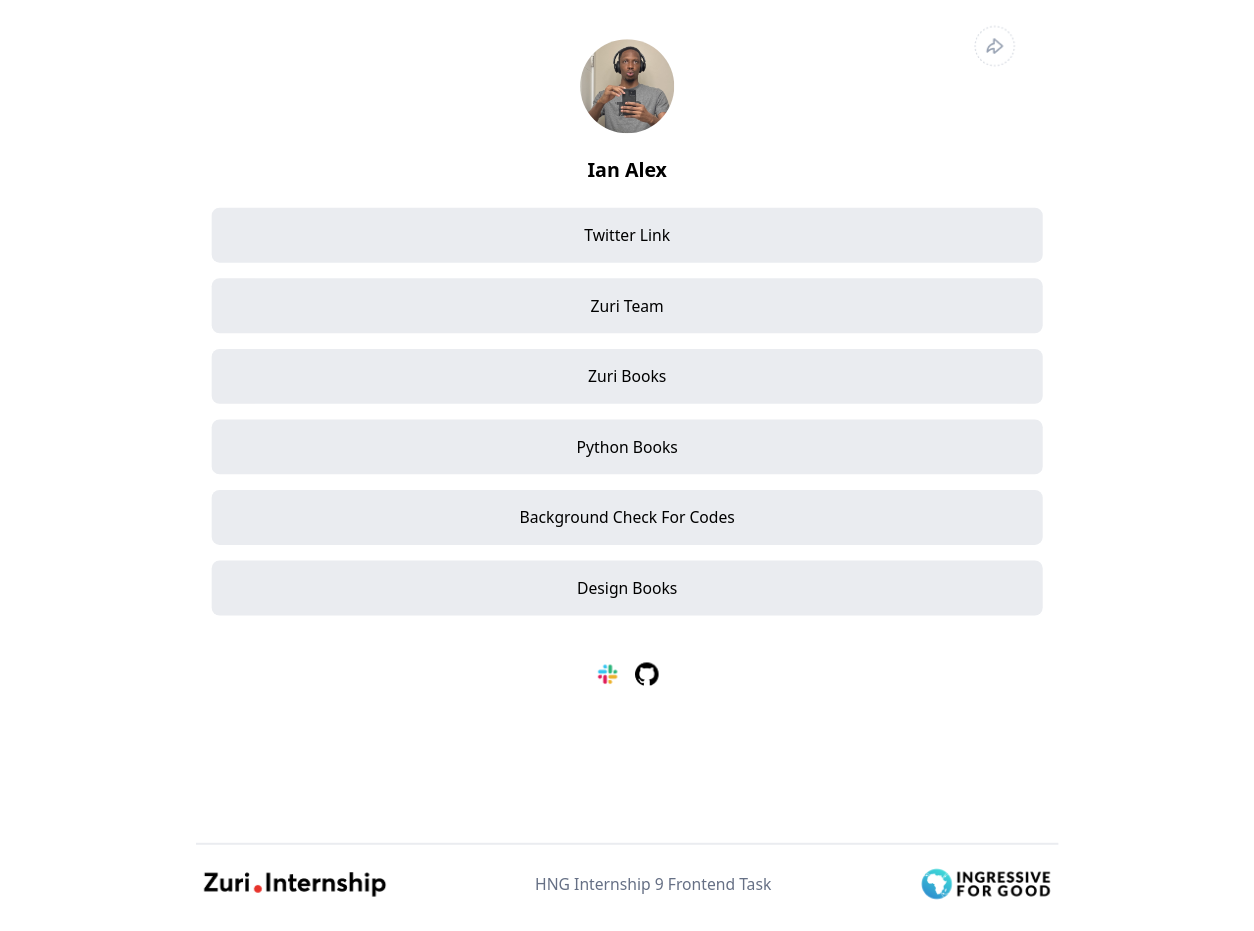
Repository: nonso7/hng9
Page: /
These files come from the project's save history. The page is drawn as it stood at one moment and after the next save; the edit follows.
The browser window is 1280 px wide. The pictures show the whole page, at 98% of full size.
The project was rebuilt for these pictures with package versions that can differ from the ones it lists, and the page was loaded fresh each time. Also part of the build but not shown: vite.config.js.

Above is the page before, as saved 2022-10-27 12:23:05.

After the next save:
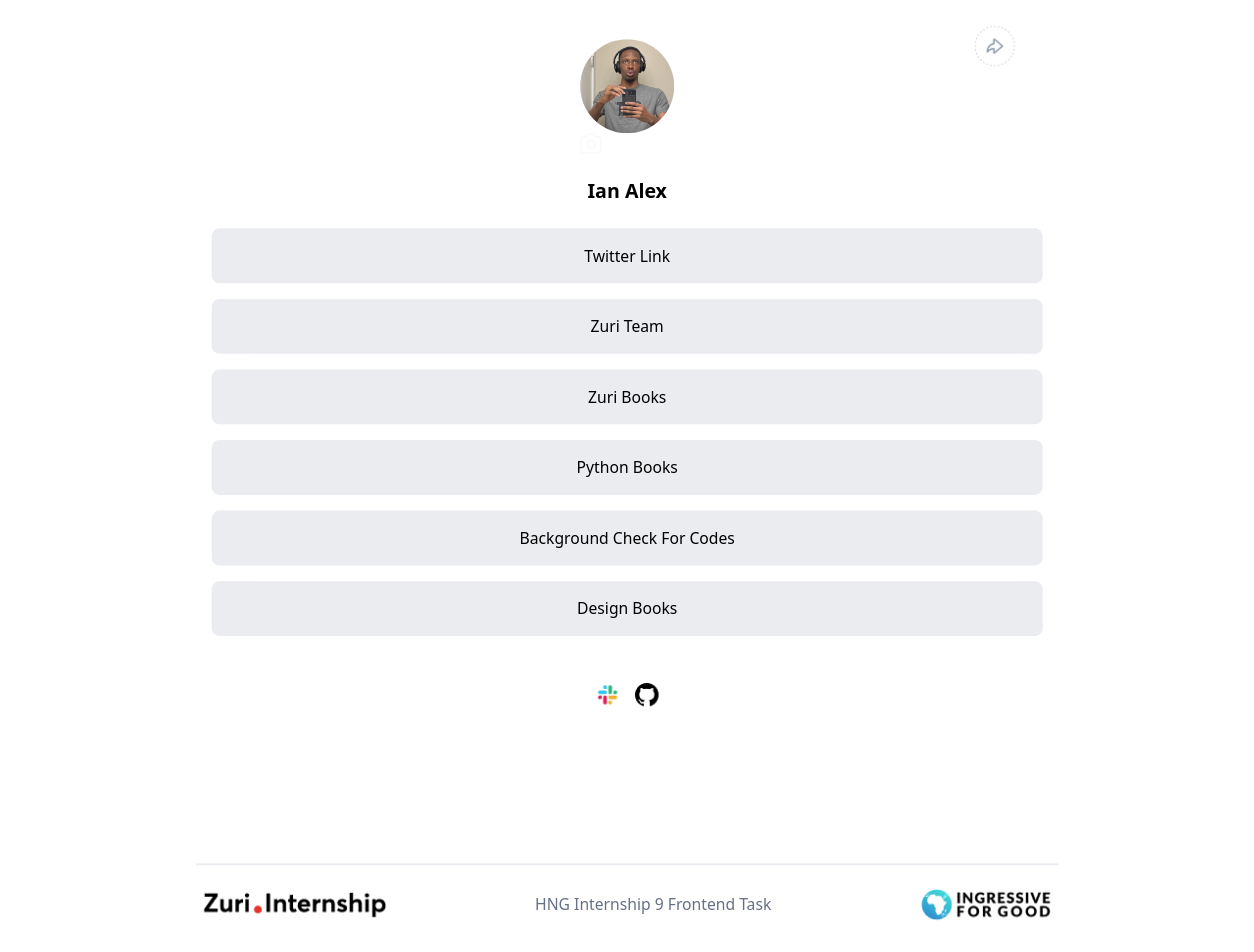
Saved 9 min 1 s later.
--- a/src/Header.jsx
+++ b/src/Header.jsx
@@ -6,13 +6,14 @@
       {/* image contaiber */}
       <div className=" flex justify-center mt-8 relative md:mt-4">
         <div className="flex flex-col space-y-6 items-center">
-          <div className="">
+          <div className="img-container">
             <img
               id="profile__img"
               className="h-24 w-24 rounded-full"
               src="/images/IMG-1295.jpg"
               alt="profile picture"
             />
+            <img classname="camera" src="/images/Photo-Icon.png" alt="" />
           </div>
           <p id="twitter" className="text-xl font-bold">
             Ian Alex
